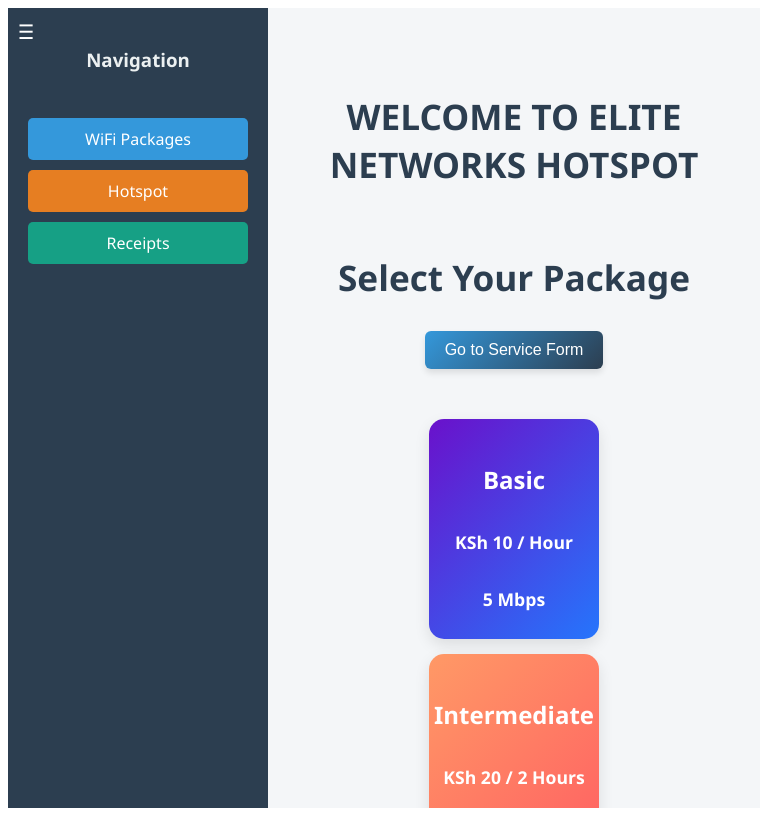
Repository: rachel648/system_Bill
Page: /packages (app in client/)
The author's editor kept a copy of each file at every save. The page is drawn from the files as they stood at one save, then again after the next save.
The browser window is 768 px wide. The pictures show the whole page.
The page's requests for data from a server got no answer. An inner scrolling area shows only its first screen. The project was rebuilt for these pictures with package versions that can differ from the ones it lists, and the page was loaded fresh each time. No one was signed in, and anything a server would have sent is missing. Also part of the build but not shown: client/src/components/ServiceForm.js, client/src/Hotspot.css, client/src/Hotspot.js, client/src/admin.js. Imported but missing from the stored project, and not drawn on this page: client/src/Receipts.

Above is the page before, as saved 2025-07-11 01:06:13.

After the next save:
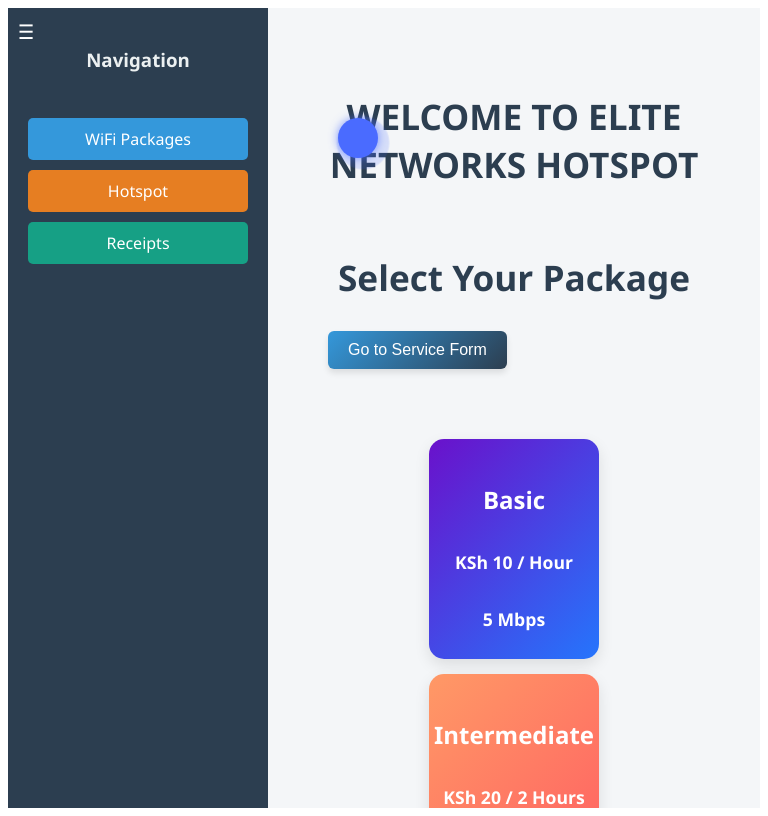
Saved 11 s later.
--- a/client/src/Packages.css
+++ b/client/src/Packages.css
@@ -12,7 +12,7 @@
   font-size: 2.2rem;
 }
 
-/* Header and Logo styles */
+/* Logo styles */
 .header-container {
   display: flex;
   align-items: center;
@@ -24,54 +24,58 @@
 .logo-container {
   position: absolute;
   left: 20px;
-  cursor: pointer;
-  z-index: 100;
-}
-
-.hamburger-menu {
-  width: 30px;
-  height: 24px;
-  display: flex;
-  flex-direction: column;
-  justify-content: space-between;
-}
-
-.hamburger-line {
-  width: 100%;
-  height: 3px;
-  background-color: #2c3e50;
-  transition: all 0.3s ease;
-}
-
-/* Navigation content - initially hidden */
-.nav-content {
-  max-height: 0;
-  overflow: hidden;
-  opacity: 0;
-  transition: all 0.3s ease;
-}
-
-.nav-content.expanded {
-  max-height: 200px;
-  opacity: 1;
-}
-
-/* Hamburger menu animation */
-.logo-container .hamburger-line:nth-child(1) {
-  transform-origin: top left;
-}
-.logo-container .hamburger-line:nth-child(3) {
-  transform-origin: bottom left;
-}
-
-.logo-container.expanded .hamburger-line:nth-child(1) {
-  transform: rotate(45deg) translate(5px, -3px);
-}
-.logo-container.expanded .hamburger-line:nth-child(2) {
-  opacity: 0;
-}
-.logo-container.expanded .hamburger-line:nth-child(3) {
-  transform: rotate(-45deg) translate(5px, 3px);
+}
+
+.animated-logo {
+  position: relative;
+  width: 60px;
+  height: 60px;
+}
+
+/* Option 1: CSS-only logo (animated) */
+.logo-circle {
+  width: 50px;
+  height: 50px;
+  background-color: #4a6bff;
+  border-radius: 50%;
+  position: absolute;
+  z-index: 2;
+  box-shadow: 0 0 10px rgba(74, 107, 255, 0.7);
+}
+
+.logo-pulse {
+  position: absolute;
+  width: 60px;
+  height: 60px;
+  background-color: rgba(74, 107, 255, 0.4);
+  border-radius: 50%;
+  z-index: 1;
+  animation: pulse 2s infinite;
+}
+
+/* Option 2: Image logo - uncomment this and comment the CSS logo above to use an image */
+/*
+.logo-image {
+  width: 60px;
+  height: 60px;
+  object-fit: contain;
+  animation: pulse 1.5s infinite alternate;
+}
+*/
+
+@keyframes pulse {
+  0% {
+    transform: scale(0.8);
+    opacity: 0.7;
+  }
+  70% {
+    transform: scale(1.1);
+    opacity: 0.4;
+  }
+  100% {
+    transform: scale(0.8);
+    opacity: 0.4;
+  }
 }
 
 /* Service form button */
@@ -85,8 +89,6 @@
   cursor: pointer;
   transition: all 0.3s ease;
   box-shadow: 0 4px 6px rgba(0, 0, 0, 0.1);
-  display: block;
-  margin: 0 auto 20px;
 }
 
 .service-form-button:hover {
@@ -322,6 +324,21 @@ input[type="tel"]:focus {
   .logo-container {
     left: 10px;
   }
+
+  .animated-logo {
+    width: 50px;
+    height: 50px;
+  }
+
+  .logo-circle {
+    width: 40px;
+    height: 40px;
+  }
+
+  .logo-pulse {
+    width: 50px;
+    height: 50px;
+  }
 }
 
 @media (max-width: 480px) {
